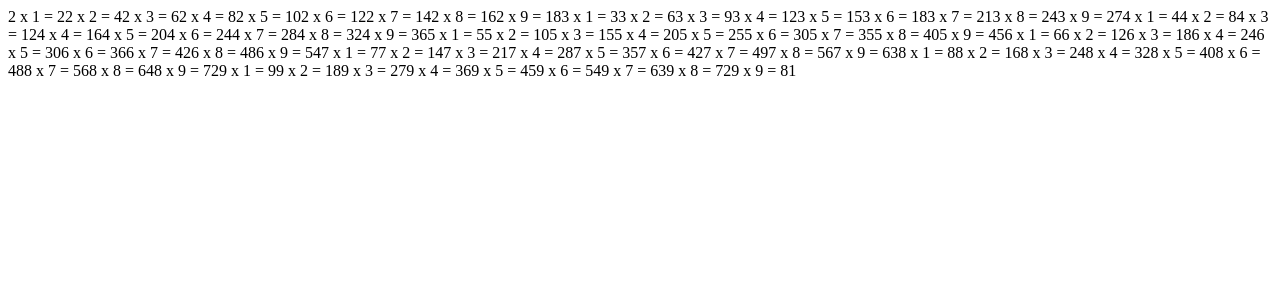
Repository: choikoya/JSP
Page: http://localhost/MissionJSP/gugudan1-2.jsp
An editor plug-in stored every save of this project. The page is shown before and after the next save, followed by the edit.
The browser window is 1280 px wide. The pictures show the whole page.
The page is served by Tomcat 9.

Above is the page before, as saved 2024-06-11 03:02:15.

After the next save:
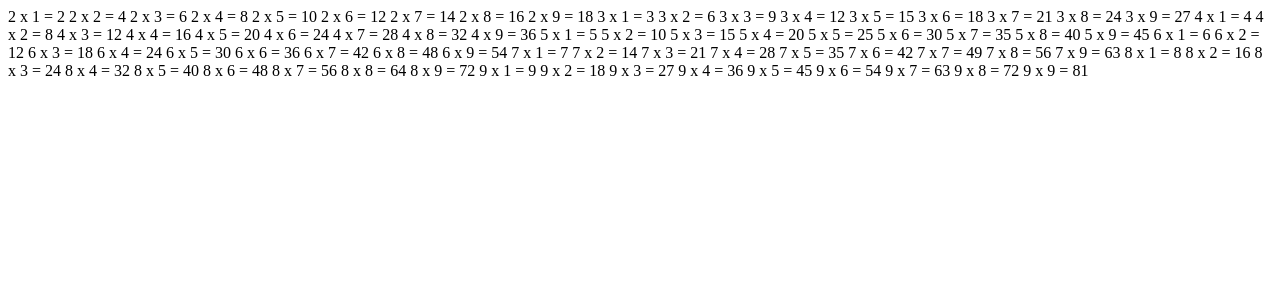
Saved 35 s later.
--- a/MissionJSP/src/main/webapp/gugudan1-2.jsp
+++ b/MissionJSP/src/main/webapp/gugudan1-2.jsp
@@ -20,7 +20,7 @@
 
 		for(int i=2; i<10; i++){
 			for(int j=1; j<10; j++){
-				out.print(i+ " x " + j + " = " + i*j);
+				out.println(i+ " x " + j + " = " + i*j);
 			}
 		}
 
